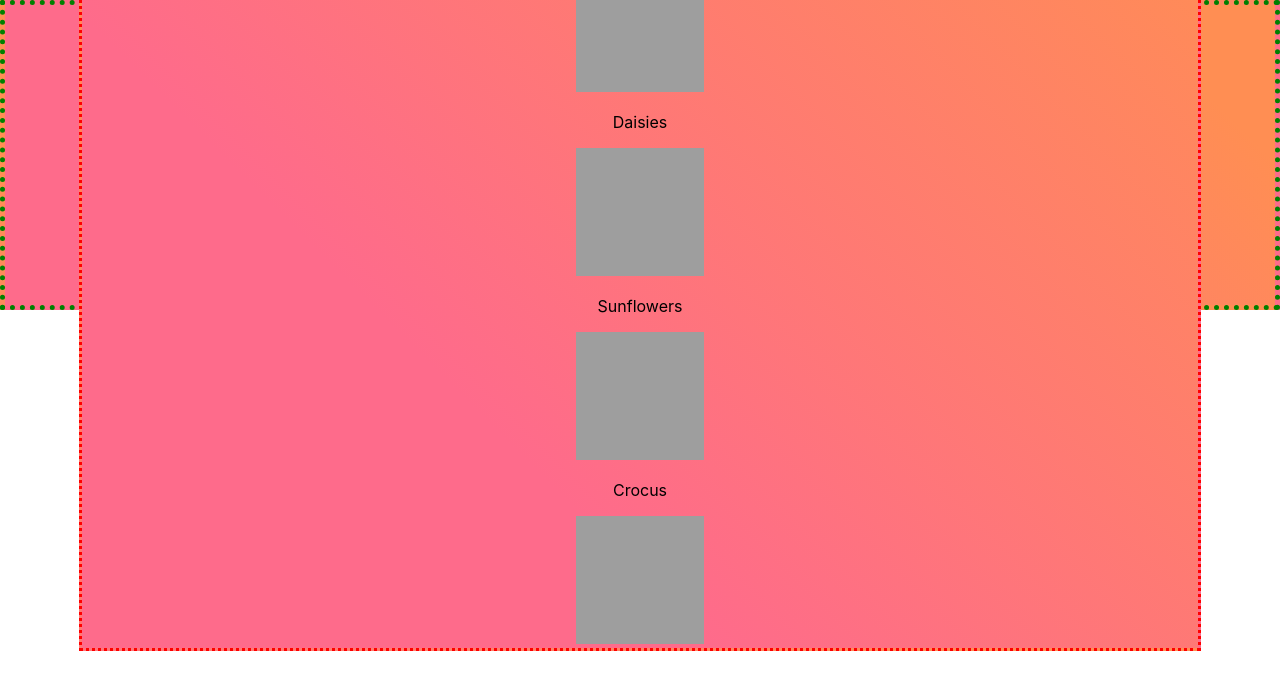
Repository: DevLuDaley/react-flower-shop
Page: /
These files come from the project's save history. The page is drawn as it stood at one moment and after the next save; the edit follows.
The browser window is 1280 px wide. The pictures show the whole page.
Pictures or frames that could not be fetched are drawn as grey boxes. The project was rebuilt for these pictures with package versions that can differ from the ones it lists, and the page was loaded fresh each time.

Above is the page before, as saved 2021-02-19 22:02:28.

After the next save:
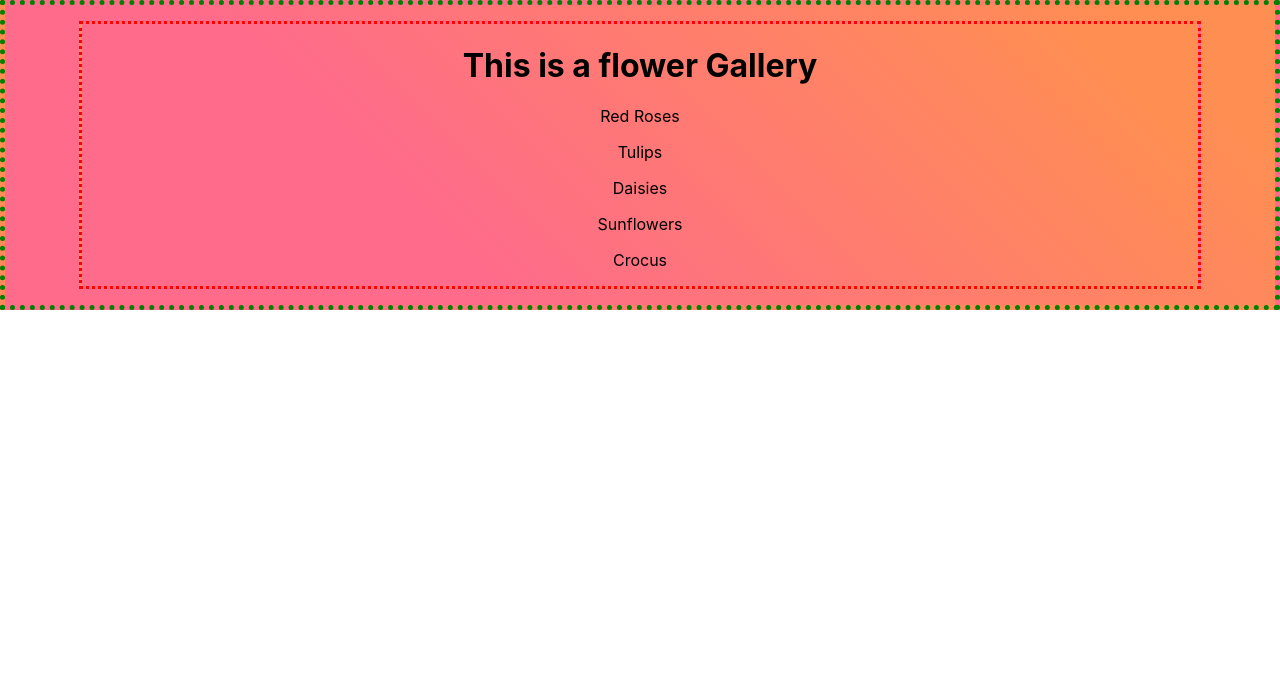
Saved 54 s later.
--- a/src/components/FlowerGallery.js
+++ b/src/components/FlowerGallery.js
@@ -65,7 +65,7 @@
         {flowerList ? flowerList.map(flower =>
           <div className="flower-cards">
               <p>{flower.name}</p>
-              <img src={flower.imageUrl} alt={flower.alt} style={{width:"128px", height: "128px"}}></img>
+              {/* <img src={flower.imageUrl} alt={flower.alt} style={{width:"128px", height: "128px"}}></img> */}
           </div>
         )
         : <p className="no-data-message"> No Flowers Yet</p>

After the save that followed:
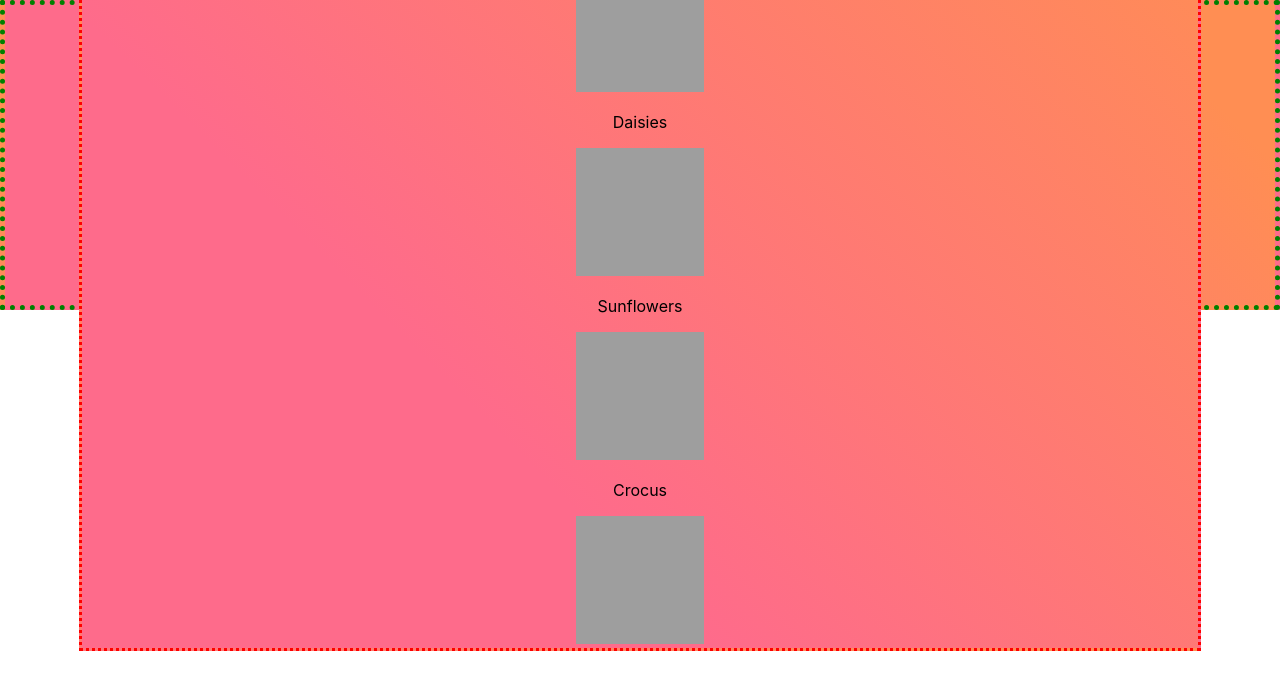
Saved 6 s later.
--- a/src/components/FlowerGallery.js
+++ b/src/components/FlowerGallery.js
@@ -65,7 +65,7 @@
         {flowerList ? flowerList.map(flower =>
           <div className="flower-cards">
               <p>{flower.name}</p>
-              {/* <img src={flower.imageUrl} alt={flower.alt} style={{width:"128px", height: "128px"}}></img> */}
+              <img src={flower.imageUrl} alt={flower.alt} style={{width:"128px", height: "128px"}}></img>
           </div>
         )
         : <p className="no-data-message"> No Flowers Yet</p>
